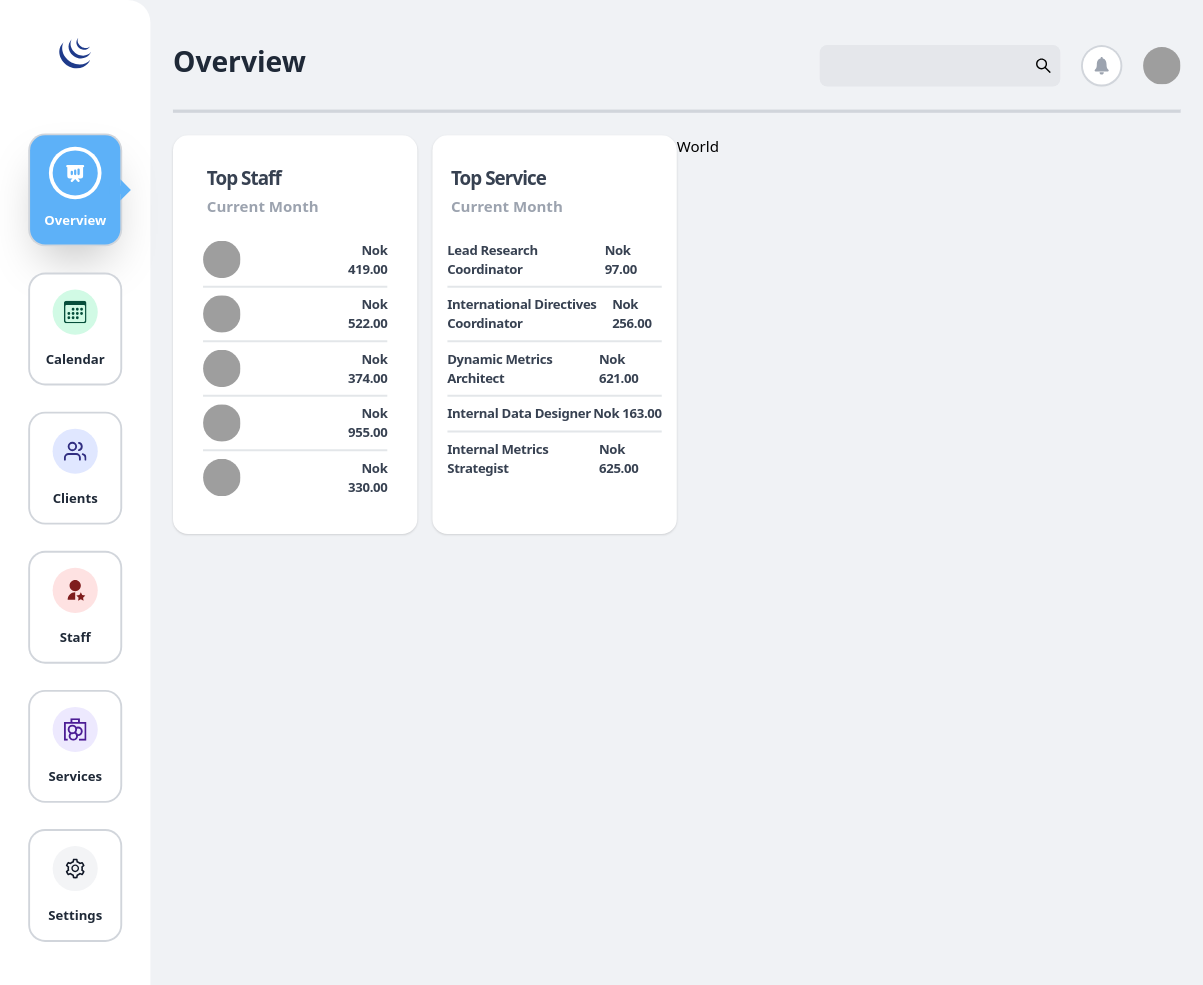
Repository: coolronts/dashboard
Page: /
An editor plug-in stored every save of this project. The page is shown before and after the next save, followed by the edit.
The browser window is 1280 px wide. The pictures show the whole page, at 94% of full size.
Pictures or frames that could not be fetched are drawn as grey boxes. The project was rebuilt for these pictures with package versions that can differ from the ones it lists, and the page was loaded fresh each time. Also part of the build but not shown: craco.config.js.

Above is the page before, as saved 2021-11-28 02:44:22.

### src/index.tsx
import './index.css';

import App from './App';
import React from 'react';
import ReactDOM from 'react-dom';

ReactDOM.render(
  <React.StrictMode>
    <App />
  </React.StrictMode>,
  document.getElementById('root')
);

### src/App.tsx
import './App.css';

import Home from './Pages/Home'

function App() {
  return (
    <div className="App">
      <Home/>
    </div>
  );
}

export default App;

### src/App.css
* {
    margin: 0;
    padding: 0;
}

.App {
    background-color: #F0F2F5;
}

### src/Pages/Home/index.tsx
import LeftDrawer from '../../Units/LeftDrawer'
import SectionHeader from '../../Units/SectionHeader'
import SplitScreen from '../../Components/SplitScreen'
import TopService from '../../Units/TopService'
import TopStaff from '../../Units/TopStaff'

const Home: React.FC = () => {
  const styles = {
    leftDrawer: 'bg-white px-8 rounded-tr-3xl py-8',
  }
  return (
    <div className="flex">
      <div className={styles.leftDrawer}>
        <LeftDrawer/>
      </div>
      <div className="flex-1 mx-6 mt-12">
        <SectionHeader />
        <hr className="bg-gray-300 h-1 my-6" />
        <SplitScreen leftWeight="w-1/2" rightWeight="w-1/2" >
          <div className="w-full flex justify-between">
            <TopStaff />
            <div className="w-4"/>
            <TopService />
          </div>
          <div>World</div>
        </SplitScreen>

      </div>
    </div>
  )
}

export default Home

### src/Units/LeftDrawer/index.tsx
import { Calendar, Clients, Overview, Services, Settings, Staff } from '../../Components/Icons'

import {CompanyLogo} from '../../Components/Icons'
import Logo from '../../Components/Logo'

const LeftDrawer: React.FC = () => {
  const styles = {
    CompanyLogo: "text-5xl text-blue-900 w-full mb-12",
    menu: "flex flex-col justify-between bg-blue.primary"
  }
  const icons = [
    { Icon: <Overview />, name: 'overview', color: 'blue', active: true },
    { Icon: <Calendar />, name: 'calendar', color: 'green', active: false },
    { Icon: <Clients />, name: 'clients', color: 'indigo', active: false  },
    { Icon: <Staff />, name: 'staff', color: 'red', active: false  },
    { Icon: <Services />, name: 'services', color: 'purple', active: false  },
    { Icon: <Settings />, name: 'settings', color: 'gray', active: false  },
  ]

  return (
    <div className="m-auto">
      <CompanyLogo className={styles.CompanyLogo}/>
      <div className={styles.menu}>
        {icons.map((icon, index) =>  <Logo Icon={icon.Icon} name={icon.name} color={icon.color} key={index} active={icon.active} />)}
      </div>
    </div>
  )

}

export default LeftDrawer

### src/Units/SectionHeader/index.tsx
import Avatar from '../../Components/Avatar'
import {Notification} from '../../Components/Buttons'
import {Notifications} from '../../Components/Icons'
import TextBox from '../../Components/TextBox'

const SectionHeader: React.FC = () => {
  const styles = {
    heading: "text-3xl text-gray-800 font-bold",
    body: "flex justify-between",
    leftComponent: "flex items-center justify-around"
  }
  return (
    <div className={styles.body}>
      <h1 className={styles.heading}>Overview</h1>
      <div className={styles.leftComponent}>
        <TextBox />
        <Notification Icon={<Notifications />} />
        <Avatar />
      </div>
    </div>
  )
}

export default SectionHeader

### src/Components/SplitScreen/index.tsx
import tw from "tailwind-styled-components"

interface SplitScreenProps {
  children: React.ReactNode[];
  containerWeight?: string;
  leftWeight?: string;
  rightWeight?: string;
}
const SplitScreen: React.FC<SplitScreenProps> = ({
	children,
	containerWeight = 'flex w-full',
  leftWeight = 'w-1/2',
	rightWeight = 'w-full',
}) => {
  const Container = tw.div``;
  const Pane = tw.div``;

	const [left, right] = children;
	return (
		<Container className={containerWeight}>
			<Pane className={leftWeight}>
				{left}
			</Pane>
			<Pane className={rightWeight}>
				{right}
			</Pane>
		</Container>
	);
}

export default SplitScreen

### src/Units/TopService/index.tsx
import { useEffect, useState } from 'react'

import Card from '../../Components/Card'
import createRandomData from '../../api/TopService'

interface dataProps {
  position: string,
  price: number
}
const TopService: React.FC = () => {
  const [data, setData] = useState<dataProps[]>([])
  const styles = {
    table: `bg-white w-full divide-solid divide-y-2 divide-opacity-60 divide-gray-300 text-gray-700`,
    row: `flex text-sm items-center font-semibold font-sans tracking-tight py-2 justify-between`
  }

  if (data.length === 0) {
    createRandomData(5)
      .then(response => setData(response))
  }
  useEffect(() => { }, [data])

  return (
    <Card size="sm" Element={
      <div className="px-2">
        <div className="px-1 mb-4 font-semibold font-sans capitalize">
          <p className="tracking-tighter text-xl text-gray-700">Top Service</p>
          <p className="text-md text-gray-400 pt-1">Current month</p>
        </div>
        <div className={styles.table}>
          {data.map((item, i) => (
            <div className={styles.row} key={i}>
                <p>{item.position}</p>
                <p>Nok {item.price}</p>
            </div>
          ))}
        </div>
      </div>
    }/>
  )
}

export default TopService

### src/Units/TopStaff/index.tsx
import Avatar from '../../Components/Avatar'
import Card from '../../Components/Card'
import createRandomData from '../../api/TopStaff'
import {useState} from 'react'

interface dataProps {
  avatar: string,
  name: string,
  price: number
}
const TopStaff: React.FC = () => {
  const [data, setData] = useState<dataProps[]>([])
  if (data.length === 0) {
    createRandomData(5)
    .then(response => setData(response))
  }

  const styles = {
    table: `bg-white w-full divide-solid divide-y-2 divide-opacity-60 divide-gray-300 text-gray-700`,
    row: `flex text-sm items-center font-semibold font-sans tracking-tight py-2`
  }
  return (
    <Card size="sm" Element={
      <div className="px-6">
        <div className="px-1 mb-4 font-semibold font-sans capitalize">
          <p className="tracking-tighter text-xl text-gray-700">Top Staff</p>
          <p className="text-md text-gray-400 pt-1">Current month</p>
        </div>
        <div className={styles.table}>
          {data.map((item, i) => (
            <div className={styles.row} key={i}>
              <div className="w-2/3 flex items-center">
                <Avatar img={item.avatar}/>
                <p className="ml-2">{item.name}</p>
              </div>
              <div className="w-1/3 text-right">
                <p className="">Nok {item.price}</p>
              </div>
            </div>
          ))}
        </div>
      </div>
    } />
  )
}

export default TopStaff

### src/Components/Icons/index.tsx
import {AiOutlineSearch} from 'react-icons/ai'
import {AiOutlineSetting} from 'react-icons/ai'
import {BsCalendar3} from 'react-icons/bs'
import {DiJqueryLogo} from 'react-icons/di'
import {FiUsers} from 'react-icons/fi'
import {GrBusinessService} from 'react-icons/gr'
import { HiPresentationChartBar } from 'react-icons/hi'
import {ImArrowRight} from 'react-icons/im'
import {IoIosNotifications} from 'react-icons/io'
import { RiUserStarFill } from 'react-icons/ri'

export {
  HiPresentationChartBar as Overview,
  BsCalendar3 as Calendar,
  FiUsers as Clients,
  RiUserStarFill as Staff,
  GrBusinessService as Services,
  AiOutlineSetting as Settings,
  ImArrowRight as ArrowRight,
  DiJqueryLogo as CompanyLogo,
  AiOutlineSearch as Search,
  IoIosNotifications as Notifications
}

### src/Components/Logo/index.tsx
import {ArrowRight} from '../Icons'
import React from 'react';

interface IconProps {
  Icon: React.ReactNode;
  name: string,
  color: string,
  active?: boolean
}


const Logo: React.FC<IconProps> = ({ Icon, name, color, active=false }) => {

  const styles = {
    body:`relative group my-4 text-2xl px-12 py-4 bg-white ring-2 ring-gray-300 w-20 rounded-2xl flex flex-col items-center justify-around hover:bg-blue-primary hover:shadow-2xl cursor-pointer ${active ? 'bg-blue-primary shadow-2xl' :'bg-white'}`,
    name: `${active ? 'text-white': 'text-gray-800'} group-hover:text-white capitalize text-sm font-semibold mt-4`,
    icon: `${active ? 'bg-blue-primary text-white': `bg-${color}-100 text-${color}-900`} rounded-full p-3 group-hover:bg-blue-primary group-hover:text-white ring-4 ring-white`,
    arrowRight: `${active?'text-blue-primary': 'text-transparent'} absolute -right-3 text-transparent`
  }
  return (
    <div className={styles.body}>
      <div className={styles.icon}> {Icon} </div>
      <p className={styles.name}> {name} </p>
      <ArrowRight className={styles.arrowRight}/>
    </div>
  )
}

export default Logo

### src/Components/Avatar/index.tsx
interface AvatarProps {
  img?: string;
  radius?: number;
}
const imgLink="https://images.unsplash.com/photo-1472099645785-5658abf4ff4e?ixlib=rb-1.2.1&ixid=eyJhcHBfaWQiOjEyMDd9&auto=format&fit=facearea&facepad=2&w=256&h=256&q=80"

const Avatar: React.FC<AvatarProps> = ({ img = imgLink, radius = 10 }) => {
  console.log(img)
  const styles = {
    avatar:`inline-block h-${radius} w-${radius} rounded-full cursor-pointer`
  }
  return (
    <div>
      <img
        className={styles.avatar}
        src={img}
        alt=""
      />
    </div>
  )
}

export default Avatar

### src/Components/Buttons/index.tsx
interface NotificationProps{
  Icon: React.ReactNode;
}

export const Notification: React.FC<NotificationProps> = ({ Icon }) => {
  const styles = {
    icon: "ring-2 ring-gray-300 text-2xl font-bold p-2 bg-white rounded-full mx-6 shadow text-gray-400 cursor-pointer hover:shadow-2xl"
  }
  return (
    <>
      <div className={styles.icon}>{Icon}</div>
    </>
  )
}

### src/Components/TextBox/index.tsx
import {Search} from '../Icons'

const TextBox: React.FC = () => {
  const styles = {
    body: "relative",
    textBox: "bg-gray-200 w-64 rounded-lg py-3 px-4 font-semibold text-sm focus:ring-2 ring-gray-600 outline-none",
    searchIcon: "absolute right-2 top-3 text-xl"
  }

  return (
    <div className={styles.body}>
      <input className={styles.textBox} type="text" />
      <Search className={styles.searchIcon}/>

    </div>
  )
}

export default TextBox

### src/Components/Card/index.tsx
import { ReactNode } from "react"

interface CardProps {
  size?: string;
  Element: ReactNode
}

const Card: React.FC<CardProps> = ({ size, Element}) => {
  const styles = {
    body: `bg-white px-2 py-8 rounded-2xl shadow ${size==='sm' ? 'w-3/6': 'w-full'}` ,
  }
  return (
    <div className={styles.body}>
      {Element}
    </div>
  )
}

export default Card

### src/api/TopService.ts
var faker = require('faker')

const createRandomData = async (n: number) => {
  let data = []
  for (let i = 0; i < n; i++) {
    await data.push({
      position: faker.name.jobTitle(),
      price: faker.commerce.price()
    })
  }
  console.log(data)
  return data
}

export default createRandomData

### src/api/TopStaff.ts
var faker = require('faker')

const createRandomData = async (n: number) => {
  let data = []
  for (let i = 0; i < n; i++) {
    await data.push({
      position: faker.name.jobTitle(),
      price: faker.commerce.price()
    })
  }
  return data
}

export default createRandomData

### tailwind.config.js
module.exports = {
    purge: ["./src/**/*.{js,jsx,ts,tsx}", "./public/index.html"],
    darkMode: false, // or 'media' or 'class'
    theme: {
        extend: {
            colors: {
                blue: {
                    primary: "#5DB1F8",
                    secondary: "#38A3FF",
                    tertiary: "#1D90F3",
                },
            },
        },
    },
    variants: {
        extend: {},
    },
    plugins: [],
};

Loaded but not shown: public/index.html (common file); src/index.css (common file)

After the next save:
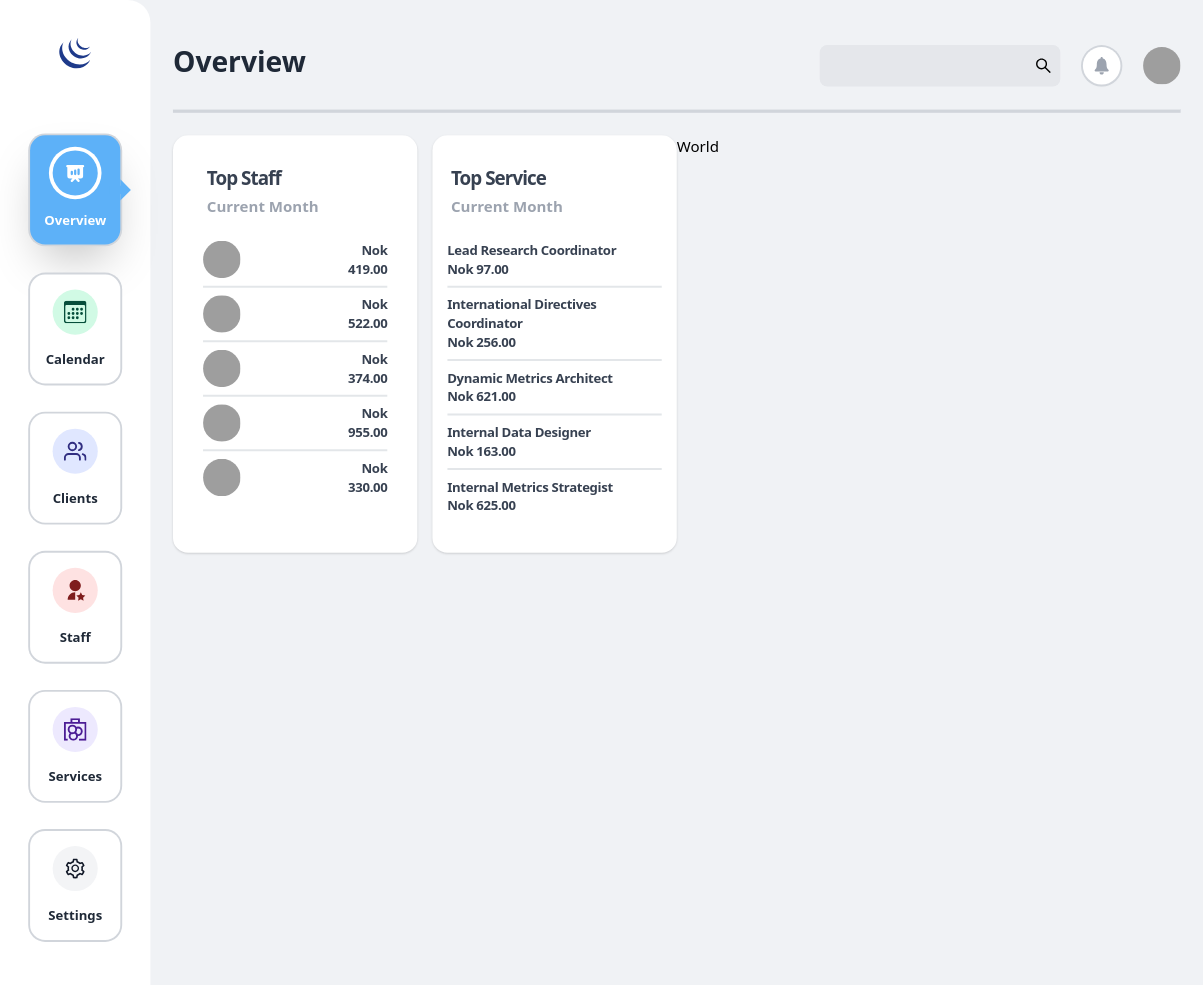
Saved 52 s later.
--- a/src/Units/TopService/index.tsx
+++ b/src/Units/TopService/index.tsx
@@ -11,7 +11,7 @@ const TopService: React.FC = () => {
   const [data, setData] = useState<dataProps[]>([])
   const styles = {
     table: `bg-white w-full divide-solid divide-y-2 divide-opacity-60 divide-gray-300 text-gray-700`,
-    row: `flex text-sm items-center font-semibold font-sans tracking-tight py-2 justify-between`
+    row: `text-sm items-center font-semibold font-sans tracking-tight py-2 justify-between`
   }
 
   if (data.length === 0) {
